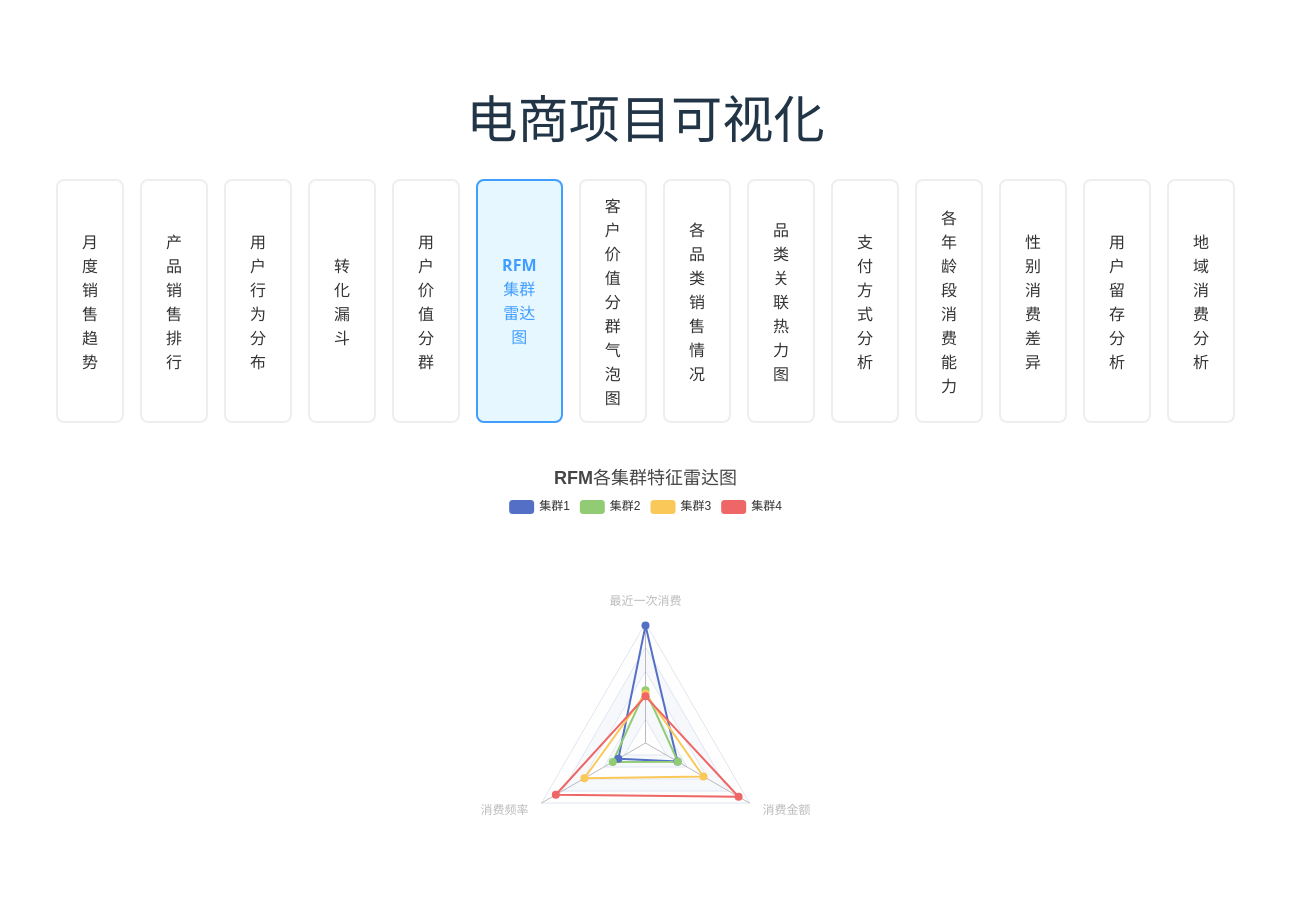
Repository: sakimi-9/DPV-EC
Page: / (app in src/rendering/), after clicking the first element matching `div > :nth-child(6)`
The author's editor kept a copy of each file at every save. The page is drawn from the files as they stood at one save, then again after the next save.
The browser window is 1280 px wide. The page is 1291 px wide, so the pictures cover 1291 px, including what lies to the right of the window. The pictures show the whole page.
The page's requests for data from a server got no answer. The project was rebuilt for these pictures with package versions that can differ from the ones it lists, and the page was loaded fresh each time. No one was signed in, and anything a server would have sent is missing. Also part of the build but not shown: src/rendering/vite.config.ts, src/rendering/src/views/ProductRank.vue, src/rendering/src/views/UserBehavior.vue, src/rendering/src/views/Funnel.vue, src/rendering/src/views/RFMScatter.vue, src/rendering/src/views/RFMBubble.vue, src/rendering/src/views/CategorySales.vue, src/rendering/src/views/CategoryHeatmap.vue and 5 more.

Above is the page before, as saved 2025-06-19 14:06:45.

### src/rendering/src/App.vue
<template>
  <div style="padding: 24px;">
    <h1 style="text-align:center; margin-bottom: 32px;">电商项目可视化</h1>
    <div style="display: flex; justify-content: center; gap: 16px; margin-bottom: 32px;">
      <button v-for="(tab, idx) in tabs" :key="tab.key" :style="{
        padding: '12px 24px',
        border: idx === activeTab ? '2px solid #409EFF' : '2px solid #eee',
        borderRadius: '8px',
        background: idx === activeTab ? '#e6f7ff' : '#fff',
        color: idx === activeTab ? '#409EFF' : '#333',
        fontWeight: 'bold',
        cursor: 'pointer'
      }" @click="activeTab = idx">
        {{ tab.label }}
      </button>
    </div>
    <component :is="tabs[activeTab].component" />
  </div>
</template>

<script setup lang="ts">
import { ref } from 'vue'
import SalesTrend from './views/SalesTrend.vue'
import ProductRank from './views/ProductRank.vue'
import UserBehavior from './views/UserBehavior.vue'
import Funnel from './views/Funnel.vue'
import RFMScatter from './views/RFMScatter.vue'
import RFMRadar from './views/RFMRadar.vue'
import RFMBubble from './views/RFMBubble.vue'
import CategorySales from './views/CategorySales.vue'
import CategoryHeatmap from './views/CategoryHeatmap.vue'
import PaymentAnalysis from './views/PaymentAnalysis.vue'
import AgeConsumption from './views/AgeConsumption.vue'
import GenderConsumption from './views/GenderConsumption.vue'
import UserRetention from './views/UserRetention.vue'
import RegionConsumption from './views/RegionConsumption.vue'

const tabs = [
  { key: 'sales', label: '月度销售趋势', component: SalesTrend },
  { key: 'product', label: '产品销售排行', component: ProductRank },
  { key: 'behavior', label: '用户行为分布', component: UserBehavior },
  { key: 'funnel', label: '转化漏斗', component: Funnel },
  { key: 'rfm_scatter', label: '用户价值分群', component: RFMScatter },
  { key: 'rfm_radar', label: 'RFM集群雷达图', component: RFMRadar },
  { key: 'rfm_bubble', label: '客户价值分群气泡图', component: RFMBubble },
  { key: 'category_sales', label: '各品类销售情况', component: CategorySales },
  { key: 'category_heatmap', label: '品类关联热力图', component: CategoryHeatmap },
  { key: 'payment', label: '支付方式分析', component: PaymentAnalysis },
  { key: 'age', label: '各年龄段消费能力', component: AgeConsumption },
  { key: 'gender', label: '性别消费差异', component: GenderConsumption },
  { key: 'retention', label: '用户留存分析', component: UserRetention },
  { key: 'region', label: '地域消费分析', component: RegionConsumption }
]
const activeTab = ref(0)
</script>

### src/rendering/src/views/SalesTrend.vue
<template>
    <EchartBase :option="option" height="400px" />
</template>

<script setup lang="ts">
import { ref, onMounted } from 'vue'
import EchartBase from '../components/EchartBase.vue'

const option = ref({})

function getMonth(dateStr: string) {
    return dateStr.slice(0, 7)
}

onMounted(async () => {
    try {
        const [ordersRes, orderItemsRes] = await Promise.all([
            fetch('/orders.json'),
            fetch('/order_items.json')
        ])
        if (!ordersRes.ok || !orderItemsRes.ok) throw new Error('数据文件未找到')
        const orders = await ordersRes.json()
        const orderItems = await orderItemsRes.json()
        // 计算每个订单金额
        const orderAmount: Record<string, number> = {}
        orderItems.forEach((item: any) => {
            orderAmount[item.order_id] = (orderAmount[item.order_id] || 0) + Number(item.price) * Number(item.quantity)
        })
        // 统计每月销售额
        const monthSales: Record<string, number> = {}
        orders.forEach((o: any) => {
            const m = getMonth(o.order_date)
            monthSales[m] = (monthSales[m] || 0) + (orderAmount[o.order_id] || 0)
        })
        const months = Object.keys(monthSales).sort()
        option.value = {
            title: { text: '月度销售趋势', left: 'center' },
            tooltip: { trigger: 'axis' },
            xAxis: { type: 'category', data: months },
            yAxis: { type: 'value' },
            series: [{ data: months.map(m => monthSales[m]), type: 'line', smooth: true }]
        }
    } catch (e) {
        console.error('月度销售趋势数据加载失败', e)
    }
})
</script>

### src/rendering/src/views/RFMRadar.vue
<template>
    <div>
        <EchartBase :option="option" height="400px" />
    </div>
</template>

<script setup lang="ts">
import { ref, onMounted } from 'vue'
import EchartBase from '../components/EchartBase.vue'

const option = ref({})

onMounted(async () => {
    const res = await fetch('/rfm_radar.json')
    const data = await res.json()
    const indicators = [
        { name: '最近一次消费', max: 2, min: -2 },
        { name: '消费频率', max: 2, min: -2 },
        { name: '消费金额', max: 2, min: -2 }
    ]
    option.value = {
        title: { text: 'RFM各集群特征雷达图', left: 'center', top: 10 },
        tooltip: {},
        legend: { data: data.map((d: any) => `集群${d.cluster + 1}`), top: 40 },
        radar: {
            indicator: indicators,
            center: ['50%', '72%'], // 下移
            radius: 120 // 缩小半径
        },
        series: [{
            type: 'radar',
            data: data.map((d: any) => ({
                value: [d.recency, d.frequency, d.monetary],
                name: `集群${d.cluster + 1}`
            }))
        }]
    }
})
</script>

### src/rendering/src/components/EchartBase.vue
<template>
    <div ref="chartRef" :style="{ width: '100%', height: height }"></div>
</template>

<script setup lang="ts">
import { ref, onMounted, onBeforeUnmount, watch } from 'vue'
import * as echarts from 'echarts'

const props = defineProps({
    option: { type: Object, required: true },
    height: { type: String, default: '400px' }
})

const chartRef = ref<HTMLElement | null>(null)
let chartInstance: echarts.ECharts | null = null

const renderChart = () => {
    if (chartRef.value) {
        if (!chartInstance) {
            chartInstance = echarts.init(chartRef.value)
        }
        chartInstance.setOption(props.option)
    }
}

onMounted(() => {
    renderChart()
    window.addEventListener('resize', resizeChart)
})

onBeforeUnmount(() => {
    if (chartInstance) {
        chartInstance.dispose()
        chartInstance = null
    }
    window.removeEventListener('resize', resizeChart)
})

const resizeChart = () => {
    if (chartInstance) {
        chartInstance.resize()
    }
}

watch(() => props.option, renderChart, { deep: true })
</script>

### src/rendering/public/rfm_radar.json
[
  {
    "cluster": 0,
    "recency": 1.918362789991996,
    "frequency": -0.9580539040569709,
    "monetary": -0.7696626377106415
  },
  {
    "cluster": 1,
    "recency": -0.2376870254533549,
    "frequency": -0.7405668421248249,
    "monetary": -0.7547798112664874
  },
  {
    "cluster": 2,
    "recency": -0.35301961037022156,
    "frequency": 0.35182840892579886,
    "monetary": 0.23003397145509383
  },
  {
    "cluster": 3,
    "recency": -0.4443181391400693,
    "frequency": 1.451432708870513,
    "monetary": 1.583387211673107
  }
]

Loaded but not shown: src/rendering/index.html (common file); src/rendering/src/main.ts (common file); src/rendering/src/style.css (common file)

After the next save:
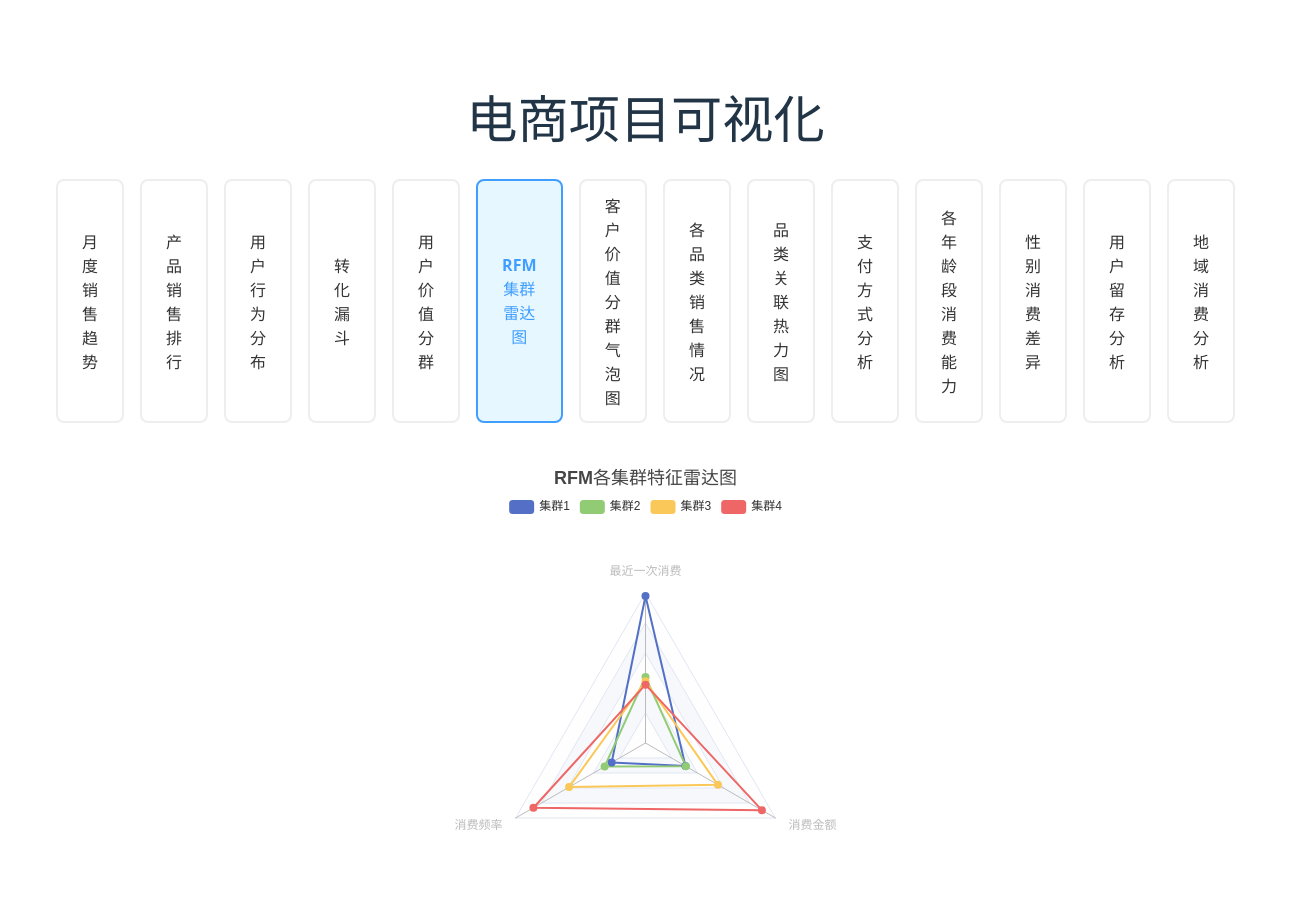
Saved 50 s later.
--- a/src/rendering/src/views/RFMRadar.vue
+++ b/src/rendering/src/views/RFMRadar.vue
@@ -25,7 +25,7 @@ onMounted(async () => {
         radar: {
             indicator: indicators,
             center: ['50%', '72%'], // 下移
-            radius: 120 // 缩小半径
+            radius: 150 // 缩小半径
         },
         series: [{
             type: 'radar',
